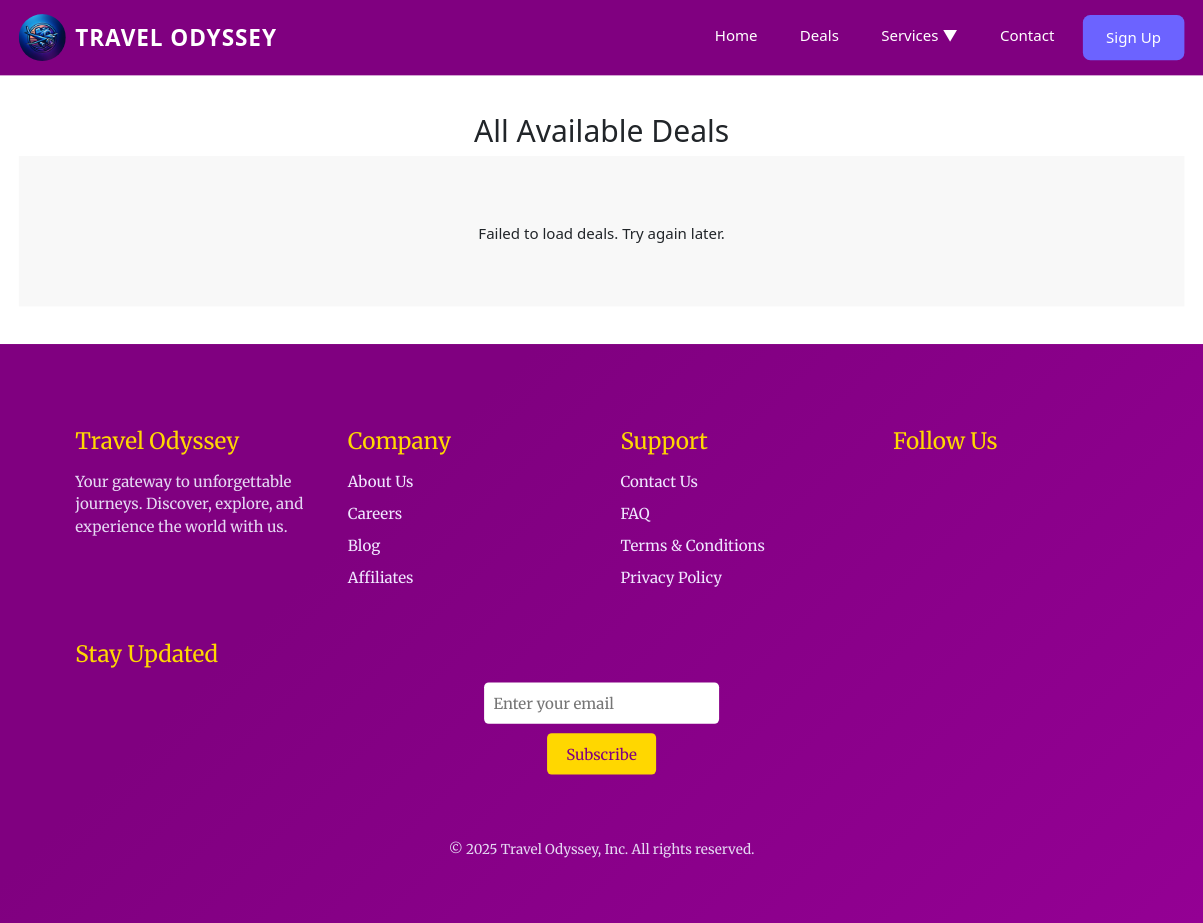
Repository: GHzPhoenix/Project-Odyssey
Page: Frontend/deals.html
The author's editor kept a copy of each file at every save. The page is drawn from the files as they stood at one save, then again after the next save.
The browser window is 1280 px wide. The pictures show the whole page, at 94% of full size.
The page's requests for data from a server got no answer.

Above is the page before, as saved 2025-06-08 16:48:21.

### Frontend/deals.html
<!DOCTYPE html>
<html lang="en">
  <head>
    <meta charset="UTF-8" />
    <meta name="viewport" content="width=device-width, initial-scale=1" />
    <title>All Deals – Travel Odyssey</title>

    <link rel="stylesheet" href="/Frontend/css/style.css" />

    <link rel="preconnect" href="https://fonts.googleapis.com" />
    <link rel="preconnect" href="https://fonts.gstatic.com" crossorigin />
    <link
      href="https://fonts.googleapis.com/css2?family=Merriweather:wght@300;400;700;900&display=swap"
      rel="stylesheet"
    />
    <link
      href="https://cdn.jsdelivr.net/npm/bootstrap@5.3.3/dist/css/bootstrap.min.css"
      rel="stylesheet"
      crossorigin="anonymous"
    />
    <script
      src="https://cdn.jsdelivr.net/npm/bootstrap@5.3.3/dist/js/bootstrap.bundle.min.js"
      crossorigin="anonymous"
    ></script>
  </head>

  <body>
    <header>
      <nav>
        <div class="logo">
          <img src="/Frontend/assets/your-logo.png" alt="Logo" />
          Travel Odyssey
        </div>
        <div class="menu-toggle" onclick="toggleMenu()">
          <div></div>
          <div></div>
          <div></div>
        </div>
        <ul class="nav-menu">
          <li><a href="index.html">Home</a></li>
          <li><a href="deals.html">Deals</a></li>
          <li class="dropdown-parent">
            <a href="#">Services ▼</a>
            <div class="dropdown">
              <a href="membership.html">Memberships</a>
              <a href="dream.html">Plan your Trip</a>
              <a href="client-area.html">Client Area</a>
            </div>
          </li>
          <li><a href="contact.html">Contact</a></li>
          <li><a href="signup.html" class="signup-btn">Sign Up</a></li>
        </ul>
      </nav>
    </header>

    <main>
      <h2 class="page-title">All Available Deals</h2>

      <section class="trending-deals">
        <div class="deals-container" id="deals-container"></div>
      </section>

      <p id="no-deals-message" class="no-deals" style="display: none">
        No deals available at the moment.
      </p>
    </main>

    <footer class="footer">
      <div class="footer-container">
        <div class="footer-section">
          <h3>Travel Odyssey</h3>
          <p>
            Your gateway to unforgettable journeys. Discover, explore, and
            experience the world with us.
          </p>
        </div>
        <div class="footer-section">
          <h3>Company</h3>
          <ul>
            <li><a href="aboutus.html">About Us</a></li>
            <li><a href="careers.html">Careers</a></li>
            <li><a href="blog.html">Blog</a></li>
            <li><a href="affiliates.html">Affiliates</a></li>
          </ul>
        </div>
        <div class="footer-section">
          <h3>Support</h3>
          <ul>
            <li><a href="contact.html">Contact Us</a></li>
            <li><a href="faq.html">FAQ</a></li>
            <li><a href="terms.html">Terms & Conditions</a></li>
            <li><a href="privacy.html">Privacy Policy</a></li>
          </ul>
        </div>
        <div class="footer-section">
          <h3>Follow Us</h3>
          <div class="social-icons">
            <a href="#"><i class="fab fa-facebook"></i></a>
            <a href="#"><i class="fab fa-instagram"></i></a>
            <a href="#"><i class="fab fa-twitter"></i></a>
            <a href="#"><i class="fab fa-youtube"></i></a>
          </div>
        </div>
        <div class="footer-section newsletter">
          <h3>Stay Updated</h3>
          <form action="#">
            <input type="email" placeholder="Enter your email" required />
            <button type="submit">Subscribe</button>
          </form>
        </div>
      </div>
      <div class="footer-bottom">
        <p>© 2025 Travel Odyssey, Inc. All rights reserved.</p>
      </div>
    </footer>

    <script>
      async function fetchAndRenderDeals() {
        try {
          const response = await fetch("http://127.0.0.1:5001/api/deals");
          if (!response.ok) throw new Error("Unable to fetch deals");
          const deals = await response.json();

          const container = document.getElementById("deals-container");
          container.innerHTML = "";

          if (deals.length === 0) {
            container.innerHTML =
              "<p class='no-deals'>No deals available at the moment.</p>";
            return;
          }

          deals.forEach((deal) => {
            const card = document.createElement("div");
            card.className = "card";

            const img = document.createElement("img");
            img.src = deal.image_url;
            img.alt = deal.name;
            img.className = "card-image";

            const info = document.createElement("div");
            info.className = "card-info";

            const title = document.createElement("h3");
            title.className = "card-title";
            title.textContent = deal.name;

            const subtext = document.createElement("p");
            subtext.className = "card-subtext";
            subtext.textContent = `${deal.location} • ${deal.activities}`;

            const dates = document.createElement("p");
            dates.className = "card-dates";
            const start = new Date(deal.start_date).toLocaleDateString(
              "en-US",
              {
                month: "short",
                day: "numeric",
                year: "numeric",
              }
            );
            const end = new Date(deal.end_date).toLocaleDateString("en-US", {
              month: "short",
              day: "numeric",
              year: "numeric",
            });
            dates.textContent = `${start} – ${end}`;

            const button = document.createElement("a");
            button.className = "card-button";
            button.href = `booking.html?deal=${deal.id}`;
            button.textContent = "Book Now";

            info.appendChild(title);
            info.appendChild(subtext);
            info.appendChild(dates);
            info.appendChild(button);

            card.appendChild(img);
            card.appendChild(info);

            container.appendChild(card);
          });
        } catch (err) {
          console.error("Error loading deals:", err);
          document.getElementById("deals-container").innerHTML =
            "<p class='error-message'>Failed to load deals. Try again later.</p>";
        }
      }

      window.addEventListener("DOMContentLoaded", fetchAndRenderDeals);
    </script>
  </body>
</html>

### Frontend/css/deals.css
.deals-container {
  display: grid;
  grid-template-columns: repeat(auto-fit, minmax(280px, 1fr));
  gap: 1.5rem;
  padding: 2rem;
}

.card {
  background: #fff;
  border-radius: 1rem;
  box-shadow: 0 0.5rem 1.5rem rgba(0, 0, 0, 0.1);
  overflow: hidden;
  transition: transform 0.3s ease, box-shadow 0.3s ease;
  display: flex;
  flex-direction: column;
}

.card:hover {
  transform: translateY(-0.5rem);
  box-shadow: 0 1rem 2.5rem rgba(0, 0, 0, 0.15);
}

.card-image {
  width: 100%;
  height: 180px;
  object-fit: cover;
}

.card-info {
  padding: 1rem;
  flex: 1;
  display: flex;
  flex-direction: column;
}

.card-title {
  margin: 0 0 0.5rem;
  font-size: 1.25rem;
  color: #333;
}

.card-subtext {
  font-size: 0.9rem;
  color: #666;
  margin: 0 0 1rem;
  flex: 1;
}

.card-dates {
  font-size: 0.85rem;
  color: #999;
  margin-bottom: 1rem;
}

.card-button {
  align-self: start;
  background-color: #6c63ff;
  color: #fff;
  padding: 0.6rem 1.2rem;
  border-radius: 0.6rem;
  text-decoration: none;
  font-weight: 600;
  transition: background 0.3s ease;
}

.card-button:hover {
  background-color: #5950d4;
}

Loaded but not shown: Frontend/css/style.css (994 lines, source omitted)

After the next save:
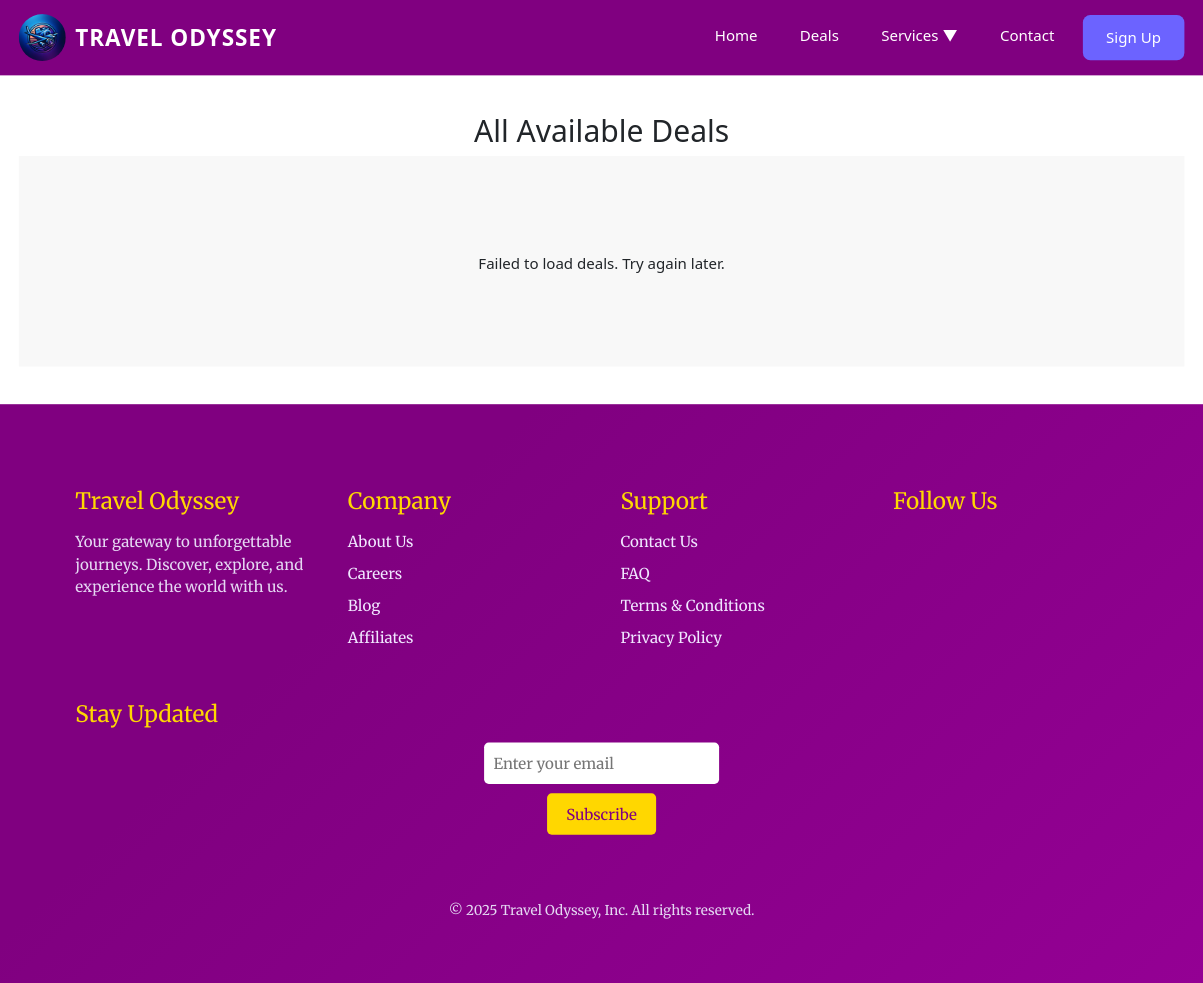
Saved 8 s later.
--- a/Frontend/deals.html
+++ b/Frontend/deals.html
@@ -6,7 +6,7 @@
     <title>All Deals – Travel Odyssey</title>
 
     <link rel="stylesheet" href="/Frontend/css/style.css" />
-
+    <link rel="stylesheet" href="/Frontend/css/deals.css" />
     <link rel="preconnect" href="https://fonts.googleapis.com" />
     <link rel="preconnect" href="https://fonts.gstatic.com" crossorigin />
     <link
